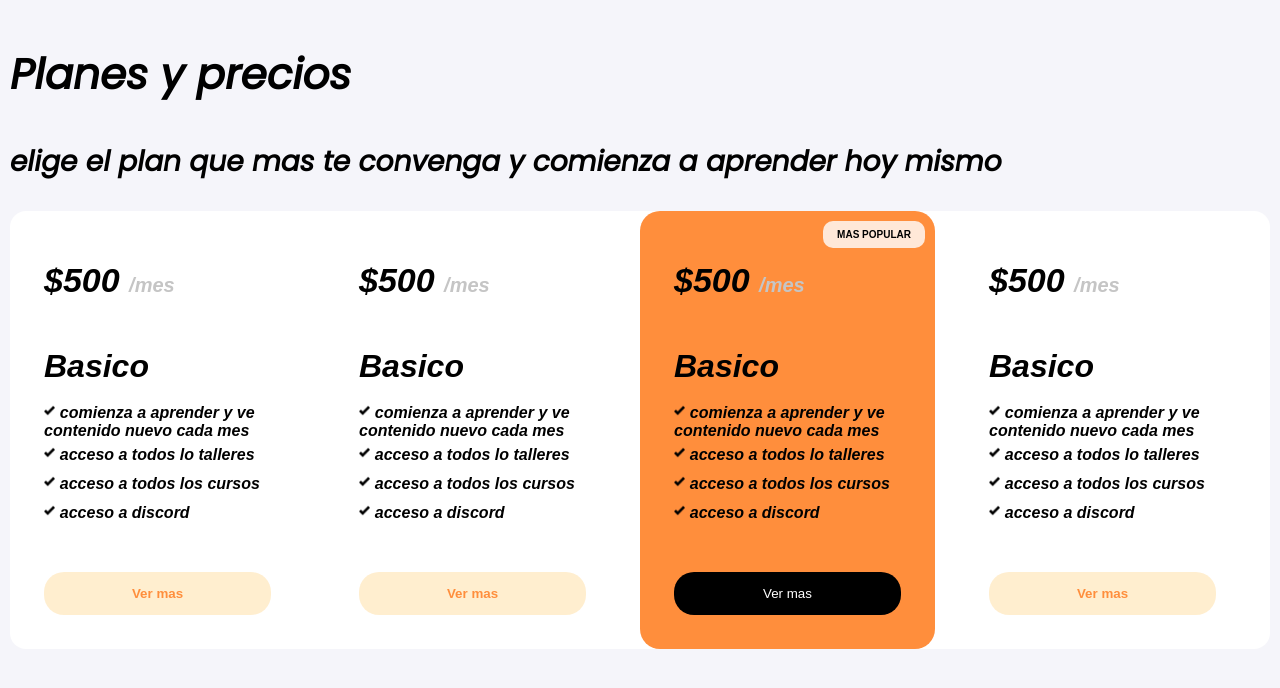
Repository: darkmantiz2/Tarjetas-planes
Page: index.html
The author's editor kept a copy of each file at every save. The page is drawn from the files as they stood at one save, then again after the next save.
The browser window is 1280 px wide. The pictures show the whole page.

Above is the page before, as saved 2022-01-11 12:25:29.

After the next save:
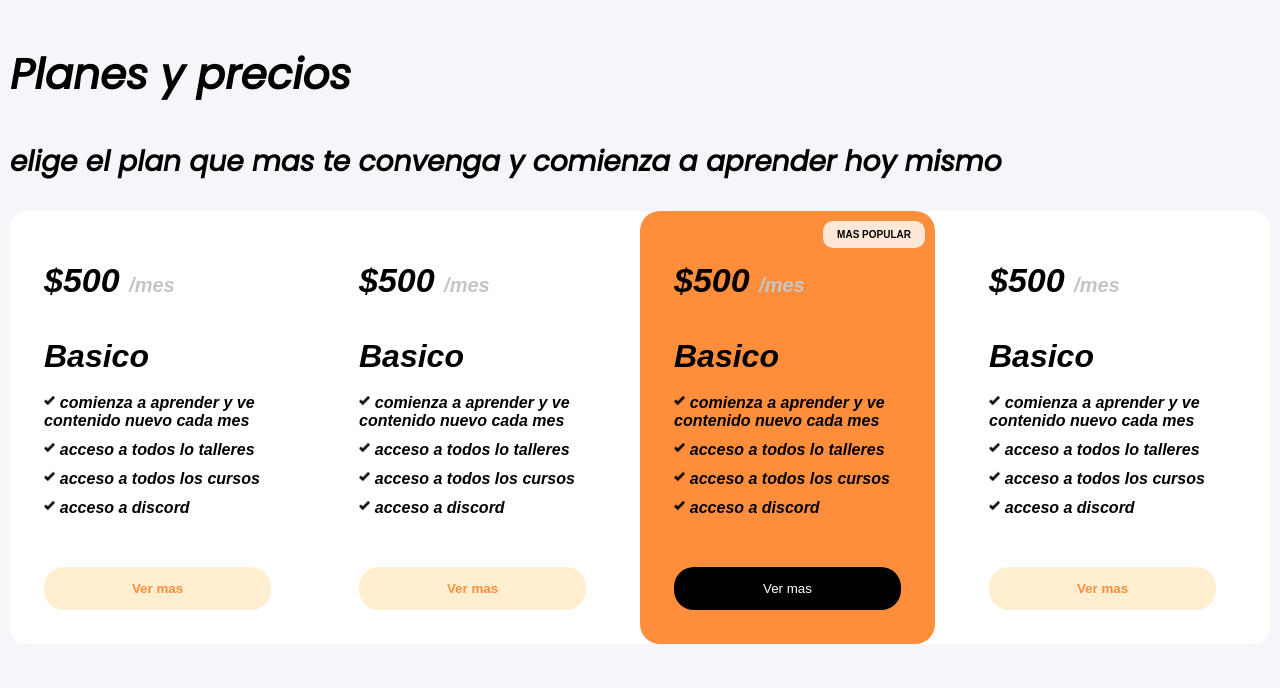
Saved 37 s later.
--- a/css/index.css
+++ b/css/index.css
@@ -90,7 +90,7 @@ body {
 .card-plan {
   margin: 0;
   padding-bottom: 18px;
-  padding-top: 28px;
+  padding-top: 18px;
   font-size: xx-large;
   font-weight: bold;
 }
@@ -101,7 +101,7 @@ body {
 
 .card-description {
   margin: 0;
-  padding-bottom: 5px;
+  padding-bottom: 10px;
 }
 
 .card-item1 {
